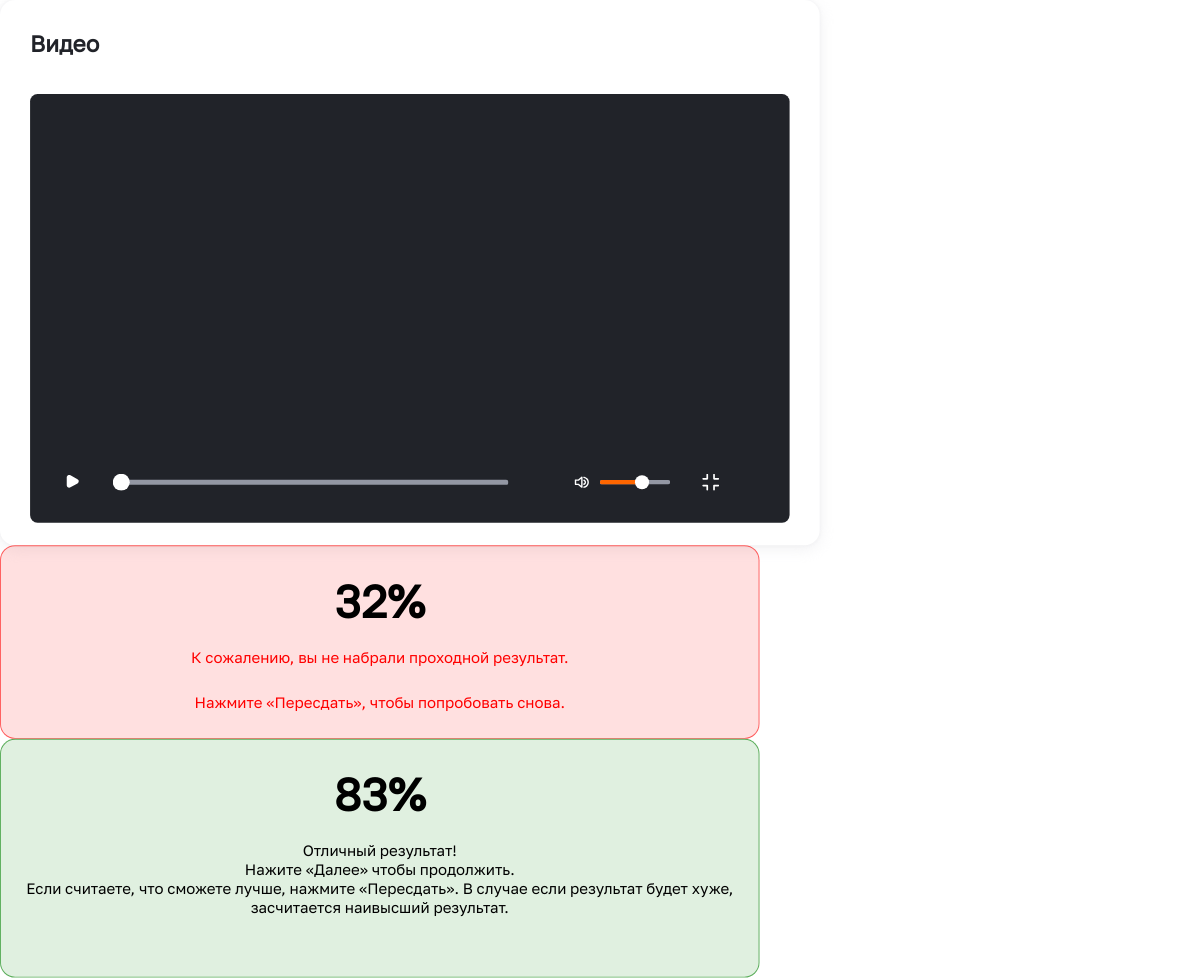
Repository: RuslanSR2424/Group5_LizaAlert
Page: index.html
These files come from the project's save history. The page is drawn as it stood at one moment and after the next save; the edit follows.
The browser window is 1280 px wide. The pictures show the whole page, at 94% of full size.

Above is the page before, as saved 2022-03-09 18:09:49.

### index.html
<!DOCTYPE html>
<html lang="en">

<head>
    <meta charset="UTF-8">
    <meta http-equiv="X-UA-Compatible" content="IE=edge">
    <meta name="viewport" content="width=device-width, initial-scale=1.0">
    <link rel="stylesheet" href="./pages/index.css" />
    <title>Document</title>
</head>

<body class="root">
    <section class="video">
        <h2 class="video__title">
            Видео
        </h2>
        <div class="video__player">
            <img class="video__button video__button_type_play" src="./images/video/start.svg">
            <img class="video__button video__button_type_timeline" src="./images/video/timeline.svg">
            <img class="video__button video__button_type_sound-icon" src="./images/video/sound-icon.svg">
            <img class="video__button video__button_type_sound" src="./images/video/sound.svg">
            <img class="video__button video__button_type_size" src="./images/video/size.svg">
        </div>
    </section>
    <section class="results">
        <div class="results__bad">
            <h2 class="results__score results__score_type_bad">32%</h2>
            <p class="result__text result__text_type_bad">К сожалению, вы не набрали проходной результат.</p>
            <p class="result__text result__text_type_bad">Нажмите «Пересдать», чтобы попробовать снова.</p>
        </div>
        <div class="results__good">
            <h2 class="results__score results__score_type_good">83%</h2>
            <div class="result__text">
                <p class="result__text result__text_type_good">Отличный результат!</p>
                <p class="result__text result__text_type_good">Нажите «Далее» чтобы продолжить.</p>
                <p class="result__text result__text_type_good">
                    Если считаете, что сможете лучше, нажмите «Пересдать». В случае
                    если результат будет хуже, засчитается наивысший результат.</p>
            </div>
        </div>
    </section>
</body>

</html>

### pages/index.css
@import url(../fonts/fonts.css);
@import url(../blocks/root/root.css);

/* video */

@import url(../blocks/video/video.css);
@import url(../blocks/video/__button/video__button.css);
@import url(../blocks/video/__button/_type/video__button_type_play.css);
@import url(../blocks/video/__button/_type/video__button_type_sound.css);
@import url(../blocks/video/__button/_type/video__button_type_timeline.css);
@import url(../blocks/video/__button/_type/video__button_type_size.css);
@import url(../blocks/video/__button/_type/video__button_type_sound-icon.css);
@import url(../blocks/video/__player/video__player.css);
@import url(../blocks/video/__title/video__title.css);

/* results */

@import url(../blocks/results/results.css);
@import url(../blocks/results/__bad/results__bad.css);
@import url(../blocks/results/__good/results__good.css);
@import url(../blocks/results/__score/results__score.css);
@import url(../blocks/results/__score/_type/results__score_type_bad.css);
@import url(../blocks/results/__score/_type/results__score_type_good.css);
@import url(../blocks/results/__text/results__text.css);
@import url(../blocks/results/__text/_type/result__text_type_bad.css);
@import url(../blocks/results/__text/_type/result__text_type_good.css);

### fonts/fonts.css
@font-face {
  font-family: "GolosTextWebRegular";
  src: url(./golos/Golos-Text_Regular.woff2) format("woff2"),
    url(./golos/Golos-Text_Regular.woff) format("woff");
  font-weight: normal;
  font-style: normal;
}
@font-face {
  font-family: "GolosTextWebBold";
  src: url(./golos/Golos-Text_Bold.woff2) format("woff2"),
    url(./golos/Golos-Text_Bold.woff) format("woff");
  font-weight: normal;
  font-style: normal;
}

### blocks/root/root.css
.root {
  margin: 0;
  padding: 0;
  font-family: "GolosTextWebRegular";
}

### blocks/video/video.css
.video {
  height: 580px;
  width: 872px;
  display: flex;
  flex-direction: column;
  background: #ffffff;
  box-shadow: 0px 0px 4px rgba(231, 232, 235, 0.6),
    0px 4px 16px rgba(231, 232, 235, 0.6);
  border-radius: 16px;
}

### blocks/video/__button/video__button.css
.video__button{
    height: 18px;
}

### blocks/video/__button/_type/video__button_type_play.css
.video__button_type_play {
    margin: 0 0 35px 36px;
}

### blocks/video/__button/_type/video__button_type_sound.css
.video__button_type_sound{
    margin: 0 0 34px 10px;
}

### blocks/video/__button/_type/video__button_type_timeline.css
.video__button_type_timeline{
    margin: 0 35px 34px 34px;
}

### blocks/video/__button/_type/video__button_type_size.css
.video__button_type_size{
    margin: 0 34px 34px 34px;
}

### blocks/video/__button/_type/video__button_type_sound-icon.css
.video__button_type_sound-icon{
    margin: 0 0 34px 34px;
}

### blocks/video/__player/video__player.css
.video__player {
  height: 456px;
  width: 808px;
  background-color: #212329;
  display: flex;
  flex-direction: row;
  align-items: flex-end;
  border-radius: 8px;
  margin: auto;
}

### blocks/video/__title/video__title.css
.video__title {
  font-family: "GolosTextWebRegular";
  font-style: normal;
  font-weight: 700;
  font-size: 24px;
  line-height: 28px;
  color: #212329;
  margin: 32px 32px 16px 32px;
}

### blocks/results/results.css
.results{}

### blocks/results/__bad/results__bad.css
.results__bad {
  display: flex;
  flex-direction: column;
  align-items: center;

  width: 808px;
  height: 206px;

  background: rgba(255, 0, 0, 0.12);
  border: 1.2px solid rgba(255, 0, 0, 0.6);
  box-sizing: border-box;
  border-radius: 16px;
}

### blocks/results/__good/results__good.css
.results__good {
  width: 808px;
  height: 254px;
  left: 32px;
  top: 501px;
  background: rgba(0, 128, 0, 0.12);
  border: 1.2px solid rgba(0, 128, 0, 0.6);
  box-sizing: border-box;
  border-radius: 16px;
}

### blocks/results/__score/results__score.css
.results__score {
  font-family: "GolosTextWebRegular";
  font-style: normal;
  font-weight: bold;
  font-size: 48px;
  line-height: 52px;
  text-align: center;
  margin: 32px 64px 24px 64px;
}

### blocks/results/__score/_type/results__score_type_bad.css
.results__score_type_bad{}

### blocks/results/__score/_type/results__score_type_good.css
.results__score_type_good{}

### blocks/results/__text/results__text.css
.results__text {
  font-family: "GolosTextWebRegular";
  font-style: normal;
  font-weight: normal;
  font-size: 18px;
  line-height: 24px;
  text-align: center;
}

### blocks/results/__text/_type/result__text_type_bad.css
.result__text_type_bad {
  color: #ff0000;
  width: 680px;
  text-align: center;
  margin: 0 0 28px 0;
}

### blocks/results/__text/_type/result__text_type_good.css
.result__text_type_good {
  text-align: center;
  margin: 0;
}

After the next save:
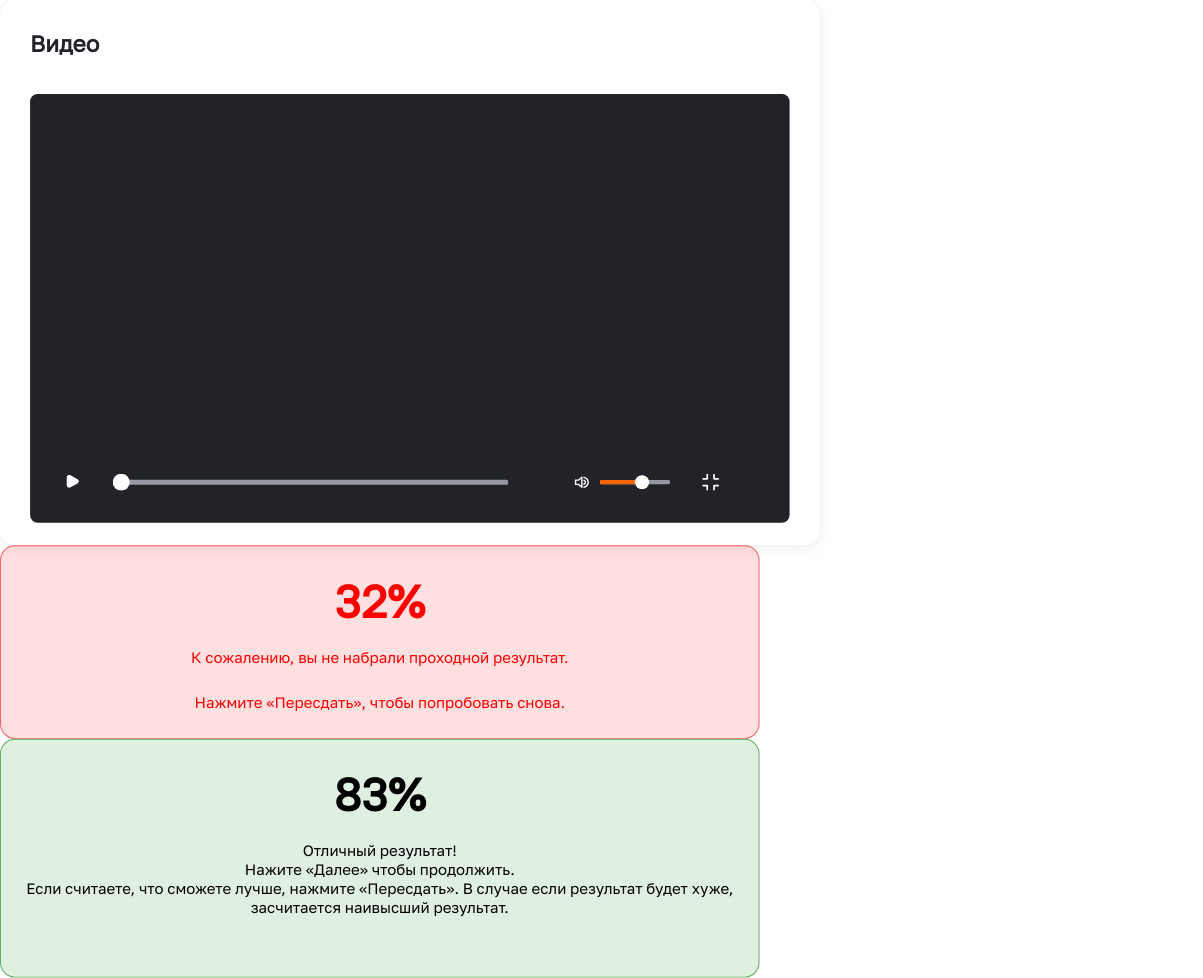
Saved 6 s later.
--- a/blocks/results/__score/_type/results__score_type_bad.css
+++ b/blocks/results/__score/_type/results__score_type_bad.css
@@ -1 +1,3 @@
-.results__score_type_bad{}
+.results__score_type_bad {
+  color: #ff0000;
+}
